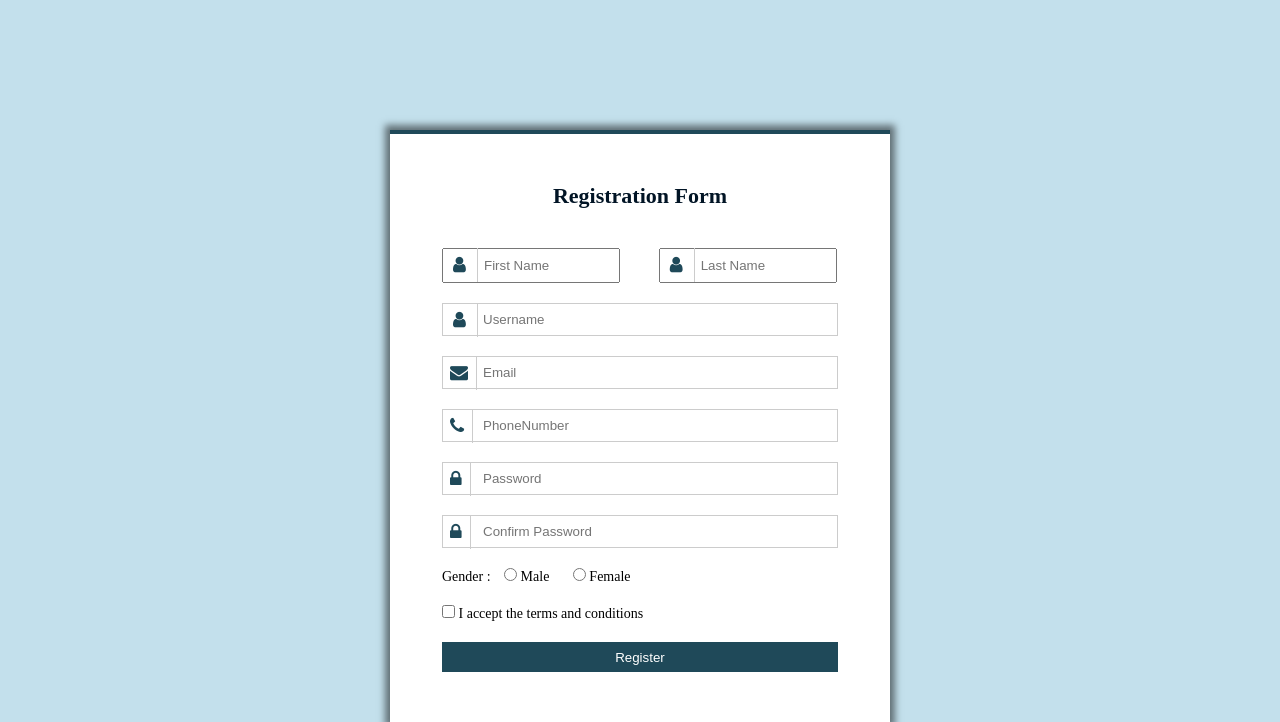
Repository: sampanna17/javabackup
Page: http://localhost/EvoX_CW/pages/register.jsp
An editor plug-in stored every save of this project. The page is shown before and after the next save, followed by the edit.
The browser window is 1280 px wide. The pictures show the whole page.
The page is served by Tomcat 9. Other server files are loaded and not shown.

Above is the page before, as saved 2024-05-05 10:52:19.

### EvoX_CW/src/main/webapp/pages/register.jsp
<%@page import="utils.StringUtils"%>
<%@ page language="java" contentType="text/html; charset=ISO-8859-1"
	pageEncoding="ISO-8859-1"%>

<%
String contextPath = request.getContextPath();
%>
<!DOCTYPE html>
<html lang="en">
<head>
    <meta charset="UTF-8">
    <meta name="viewport" content="width=device-width, initial-scale=1.0">
    <title>Registration Form</title>
    <link rel="stylesheet" type="text/css" href="../stylesheets/register.css"/>
    <link rel="stylesheet" href="https://cdnjs.cloudflare.com/ajax/libs/font-awesome/4.7.0/css/font-awesome.min.css">
</head>

<body>
    <div class="container">
    	<%-- Display error message --%>
		<%
		String errorMessage = (String) request.getAttribute(StringUtils.MESSAGE_ERROR);
		if(errorMessage != null && !errorMessage.isEmpty()){
		%>
		<p class= "error-message"><%=errorMessage%></p>
		<%
		}
		%>

        <h1>Registration Form</h1>
        <div class="form-container">
            <form action="<%=contextPath %>>../registerstudent" method="post">

               <div class="input-name">
                    <i class="fa fa-user lock"></i>
                    <input type="text" placeholder="First Name" class="name">

                    <span>
                        <i class="fa fa-user lock"></i>
                        <input type="text" placeholder="Last Name" class="name">
                    </span>

                </div>
                <div class="input-name">
                    <i class="fa fa-user lock"></i>
                    <input type="text" placeholder="Username" class="text-name">
                </div>

                <div class="input-name">
                    <i class="fa fa-envelope email"></i>
                    <input type="email" placeholder="Email" class="text-name">
                </div>
                <div class="input-name">
                    <i class="fa fa-phone"></i>
                    <input type="text" placeholder="PhoneNumber" class="text-name">
                </div>
                <div class="input-name">
                    <i class="fa fa-lock"></i>
                    <input type="password" placeholder="Password" class="text-name">
                </div>
                <div class="input-name">
                    <i class="fa fa-lock"></i>
                    <input type="password" placeholder="Confirm Password" class="text-name">
                </div>
                <div class="input-name">
                    <p style="display: inline-block; margin-right: 10px;">Gender :</p>
                    <input type="radio" class="radio" name="r1" style="display: inline-block;">
                    <label style="margin-right: 20px; display: inline-block;">Male</label>

                    <input type="radio" class="radio1" name="r1" style="display: inline-block;">
                    <label style="display: inline-block;">Female</label>
                </div>

                <div class="input-name">
                    <input type="checkbox" class="check-button">
                    <label> I accept the terms and conditions</label>
                </div>
                <div class="input-name">
                    <input type="submit" class="button" value="Register">
                </div>


            </form>
            <%
			String errMsg = (String) request.getAttribute(StringUtils.MESSAGE_ERROR);
			String successMsg = (String) request.getAttribute(StringUtils.MESSAGE_SUCCESS);

			if (errMsg != null) {
			// print
			%>
			<h4 class="error-msg">
				<%
				out.println(errMsg);
				%>
			</h4>
			<%
			}

			if (successMsg != null) {
			// print
			%>
			<h4 class="success-msg">
				<%
				out.println(successMsg);
				%>
			</h4>
			<%
			}
			%>
        </div>
    </div>
</body>

</html>

### EvoX_CW/src/main/webapp/stylesheets/register.css
@charset "ISO-8859-1";

*
{
    margin:0;
    padding:0;
    box-sizing: border-box;
}
body{
    font-size: 14px;
    background-color:#c3e0ec;
}
.container{
    background-color: white;
    width:500px;
    padding: 30px;
    margin:130px auto 0;
    border-top: 4px solid#1F4959;
    box-shadow: 0 0 7px 5px rgba(0, 0, 0, 0.5);
}
.container h1{
    font-size: 22px;
    line-height: 24px;
    padding:20px;
    text-align: center;
    color:#011425

}
.input-name
{
    width:90%;
    position: relative;
    margin: 20px auto;
}

.lock{
    padding:8px 11px;
}

.name{
    width: 45%;
    padding:8px 0 8px 40px ;
}

.input-name span{
    margin-left: 35px;

}
.text-name{
    width:100%;
    padding:8px 0 8px 40px ;
}

.input-name i
{
    position: absolute;
    font-size: 18px;
    color:#1f4959;
    border-right: 1px solid #cccccc;

}
.email{
    padding:8px;
}
.input-name i.fa-lock{
    padding: 8px;
}
.input-name i.fa-phone{
    padding: 8px;
}

.text-name,name{
    border: 1px solid #cccccc;
    outline: none;
}
r1{
    margin-right: 4px ;
}

.button{
    background-color:#1f4959;
    color: white;
    height: 30px;
    width:100%;
    border: none;
    outline: none;
    cursor: pointer;

}
.button:hover{
    background-color:#c3e0ec;
}

After the next save:
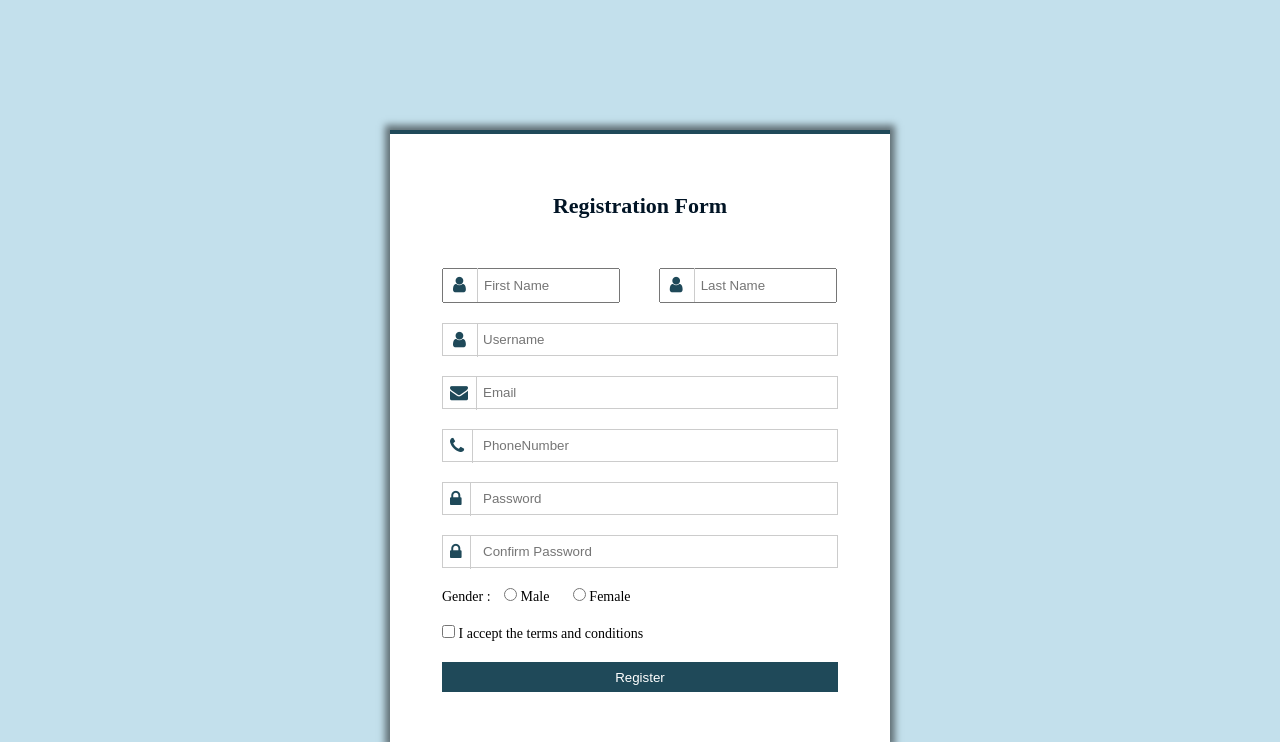
Saved 8 s later.
--- a/EvoX_CW/src/main/webapp/stylesheets/register.css
+++ b/EvoX_CW/src/main/webapp/stylesheets/register.css
@@ -21,7 +21,7 @@ body{
 .container h1{
     font-size: 22px;
     line-height: 24px;
-    padding:20px;
+    padding:30px;
     text-align: center;
     color:#011425
 
